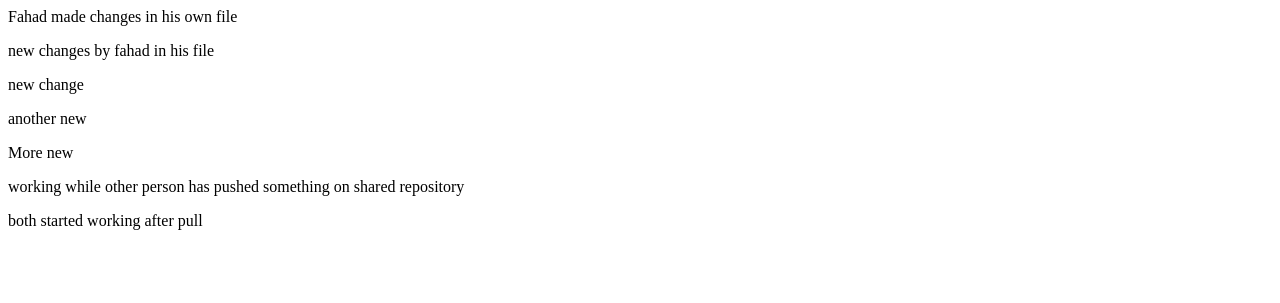
Repository: FahadAliSheikh/learnWorkFlow
Page: fahad.html
An editor plug-in stored every save of this project. The page is shown before and after the next save, followed by the edit.
The browser window is 1280 px wide. The pictures show the whole page.

Above is the page before, as saved 2019-03-23 14:05:01.

### fahad.html
<p>Fahad made changes in his own file</p>
<p>new changes by fahad in his file</p>
<p>new change</p>
<p>another new</p>
<p>More new</p>
<p>working while other person has pushed something on shared repository</p>
<p>both started working after pull</p>

After the next save:
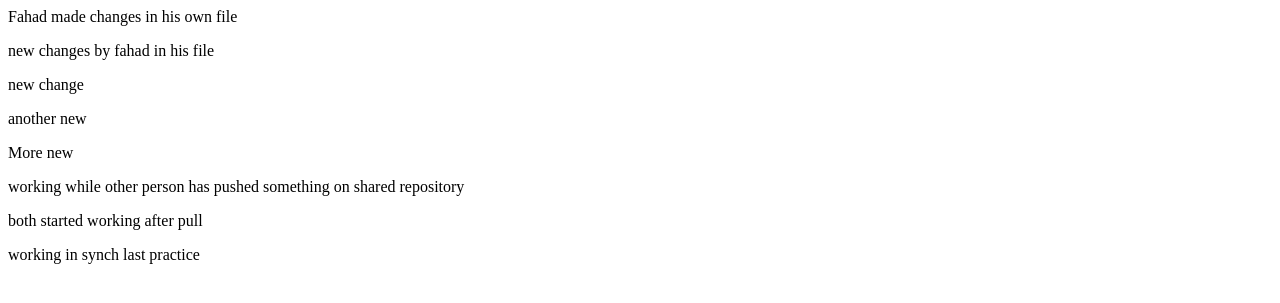
Saved 5 min 56 s later.
--- a/fahad.html
+++ b/fahad.html
@@ -5,3 +5,4 @@
 <p>More new</p>
 <p>working while other person has pushed something on shared repository</p>
 <p>both started working after pull</p>
+<p>working in synch last practice</p>
